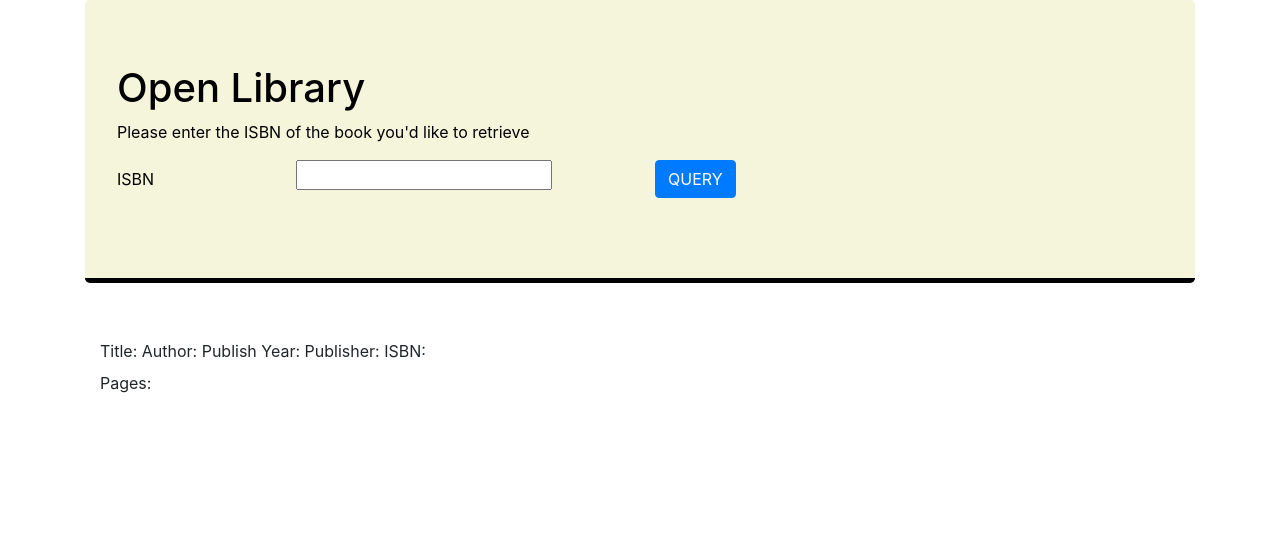
Repository: ElijahHallera/336-Internet-Prog
Page: ElijahHallera-CST336-MIDTERM-master/ElijahHallera-CST336-MIDTERM-master/index2.html
The author's editor kept a record of every edit. The page is drawn from the files as they stood at one moment, then again after the next edit.
The browser window is 1280 px wide. The pictures show the whole page.

Above is the page before.

After the next edit:
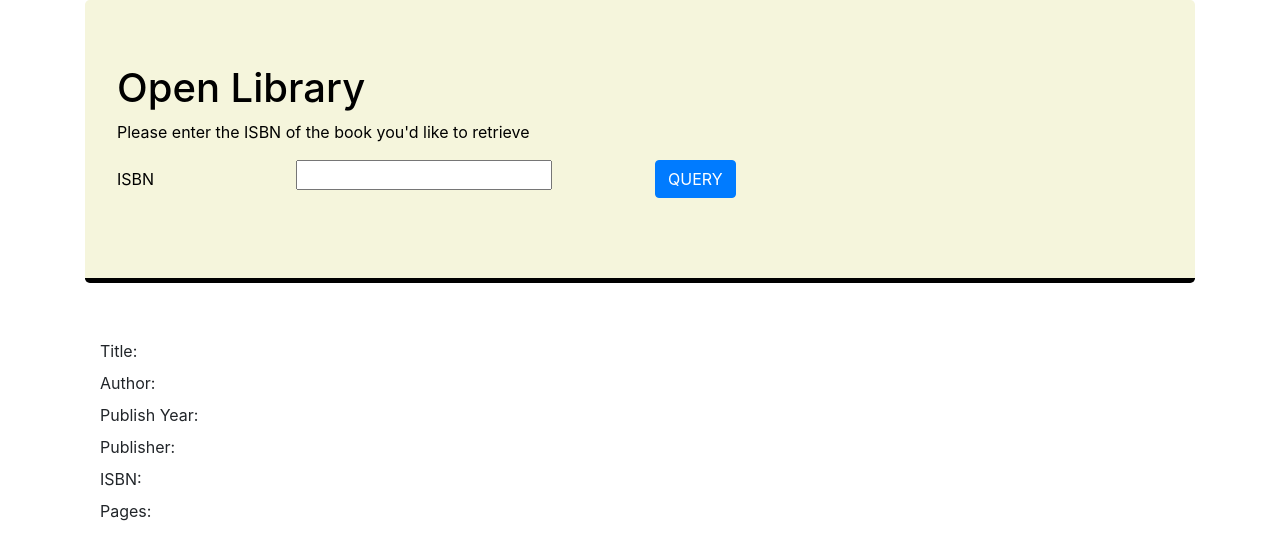
The edit:
--- a/ElijahHallera-CST336-MIDTERM-master/ElijahHallera-CST336-MIDTERM-master/index2.html
+++ b/ElijahHallera-CST336-MIDTERM-master/ElijahHallera-CST336-MIDTERM-master/index2.html
@@ -36,12 +36,12 @@
                 <img class="cover">
             </div>
             <div class="col-sm-4">
-                <Label>Title: </Label>
-                <Label>Author: </Label>
-                <Label>Publish Year: </Label>
-                <Label>Publisher: </Label>
-                <Label>ISBN: </Label>
-                <Label>Pages: </Label>
+                <Label>Title: </Label></br>
+                <Label>Author: </Label></br>
+                <Label>Publish Year: </Label></br>
+                <Label>Publisher: </Label></br>
+                <Label>ISBN: </Label></br>
+                <Label>Pages: </Label></br>
             </div>
         </div>
 
